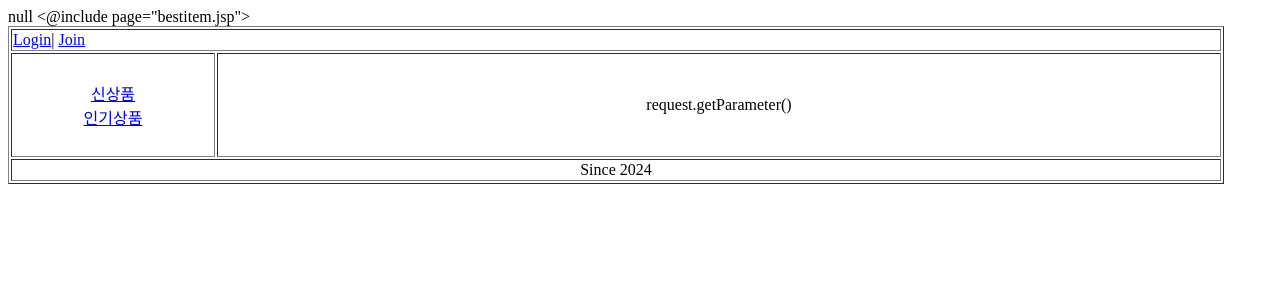
Repository: BancaKim/teamproject4
Page: http://localhost/JspDay3/Template/template.jsp
An editor plug-in stored every save of this project. The page is shown before and after the next save, followed by the edit.
The browser window is 1280 px wide. The pictures show the whole page.
The page is served by Tomcat 9.

Above is the page before, as saved 2024-05-02 03:41:56.

### JspDay3/src/main/webapp/Template/template.jsp
<%@ page language="java" contentType="text/html; charset=EUC-KR"
    pageEncoding="EUC-KR"%>
<!DOCTYPE html>
<html>
<head>
<meta charset="EUC-KR">
<title>Insert title here</title>
</head>
<body>
    <%
        String select = request.getParameter("page");
 		out.print(select);
        if (select == null) {
            select = "bestitem.jsp";
        }
    %>
<table border='1'>
<tr>
<td colspan="2"><%@ include file="top.jsp" %>
</td><@include page="<%= select %>"></tr>
<tr>
<td width="200px"><%@ include file="left.jsp" %></td>
<td width="1000px" height="100px">
<center>

request.getParameter()

</center>
</td>
</tr>
<tr>
<td colspan="2"><%@ include file="bottom.jsp" %></td>
</tr>
</table>
</body>
</html>

### JspDay3/src/main/webapp/Template/top.jsp
<%@ page language="java" contentType="text/html; charset=EUC-KR"
    pageEncoding="EUC-KR"%>
<!DOCTYPE html>
<html>
<head>
<meta charset="EUC-KR">
<title>Insert title here</title>
</head>
<body>
<a href="#">Login</a>|
<a href="#">Join</a>
</body>
</html>

### JspDay3/src/main/webapp/Template/left.jsp
<%@ page language="java" contentType="text/html; charset=EUC-KR"
    pageEncoding="EUC-KR"%>
<!DOCTYPE html>
<html>
<head>
<meta charset="EUC-KR">
<title>Insert title here</title>
</head>
<body>
<center>
	<div><a href="?page=newitem">신상품</div>
	<div><a href="?page=bestitem">인기상품</div>
</center>
</body>
</html>

### JspDay3/src/main/webapp/Template/bottom.jsp
<%@ page language="java" contentType="text/html; charset=EUC-KR"
    pageEncoding="EUC-KR"%>
<!DOCTYPE html>
<html>
<head>
<meta charset="EUC-KR">
<title>Insert title here</title>
</head>
<body>
<center>
Since 2024
</center>
</body>
</html>

After the next save:
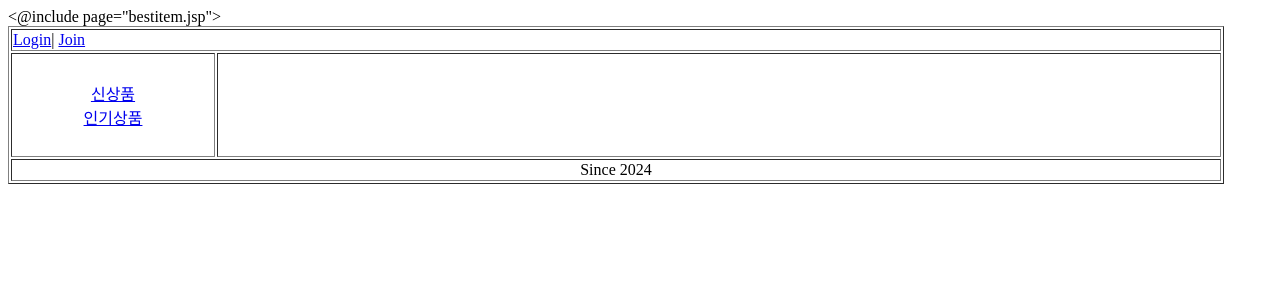
Saved 104 s later.
--- a/JspDay3/src/main/webapp/Template/template.jsp
+++ b/JspDay3/src/main/webapp/Template/template.jsp
@@ -9,7 +9,6 @@
 <body>
     <%
         String select = request.getParameter("page");
- 		out.print(select);
         if (select == null) {
             select = "bestitem.jsp";
         }
@@ -23,7 +22,6 @@
 <td width="1000px" height="100px">
 <center>
 
-request.getParameter()
 
 </center>
 </td>
